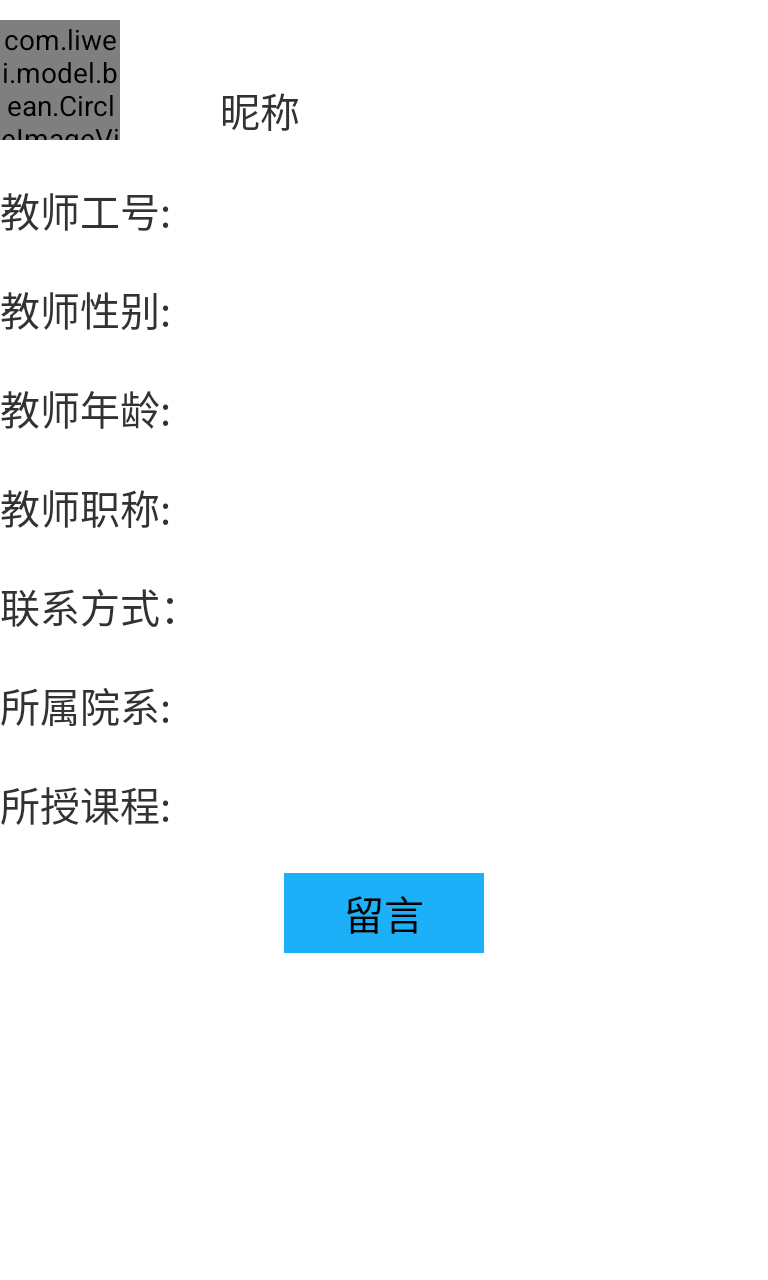
Repository: 15862175370/MyProject
Layout: 毕业设计系统源码_李伟/client/TeachSystem/res/layout/serchteacher_item.xml
The author's editor kept a copy of each file at every save. The layout is drawn from the files as they stood at one save, then again after the next save.
Pictures or frames that could not be fetched are drawn as grey boxes. It is drawn on a 768 x 1280 px phone screen (xhdpi) without system bars, with theme AppTheme; the app's code is not run.

Above is the layout before, as saved 2016-05-20 13:39:44.

After the next save:
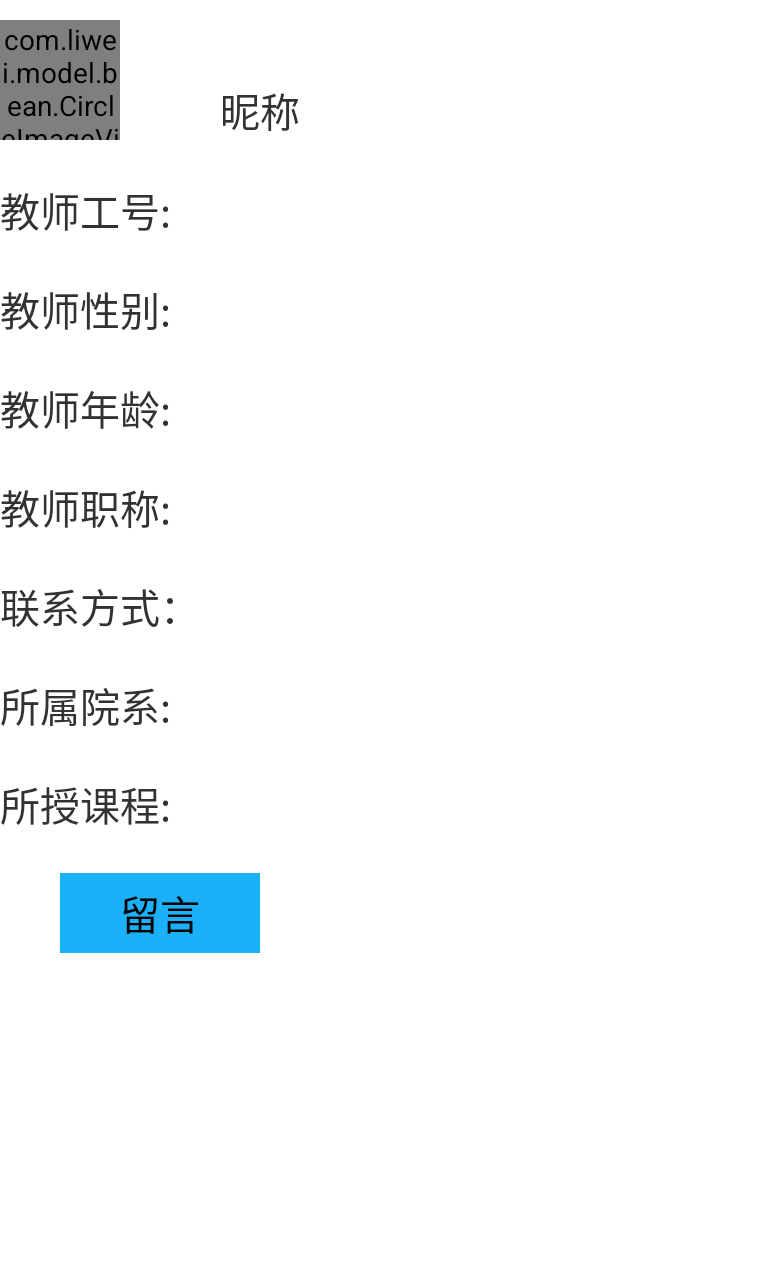
Saved 34 s later.
--- a/毕业设计系统源码_李伟/client/TeachSystem/res/layout/serchteacher_item.xml
+++ b/毕业设计系统源码_李伟/client/TeachSystem/res/layout/serchteacher_item.xml
@@ -202,7 +202,7 @@
 
     </LinearLayout>
 
-    <RelativeLayout
+    <LinearLayout
            android:layout_height="wrap_content"
              android:layout_width="match_parent"
              android:layout_marginTop="20dp"
@@ -218,6 +218,6 @@
                android:textSize="20dp"
                android:text="留言"
                 />
-        </RelativeLayout>
+        </LinearLayout>
 
 </LinearLayout>
